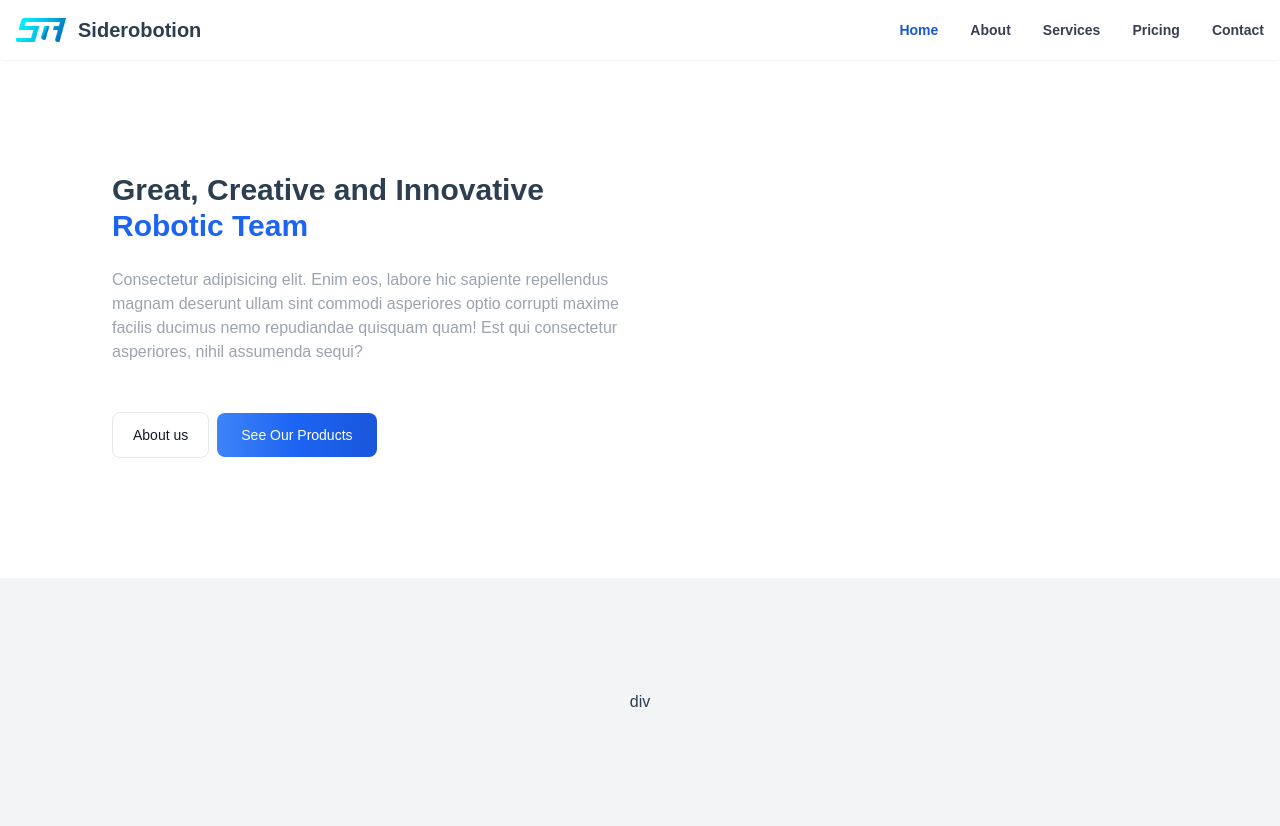
Repository: khulqu15/siderobotion
Page: /
These files come from the project's save history. The page is drawn as it stood at one moment and after the next save; the edit follows.
The browser window is 1280 px wide. The pictures show the whole page.
The project was rebuilt for these pictures with package versions that can differ from the ones it lists, and the page was loaded fresh each time. Also part of the build but not shown: vue.config.js.

Above is the page before, as saved 2022-06-12 02:19:59.

After the next save:
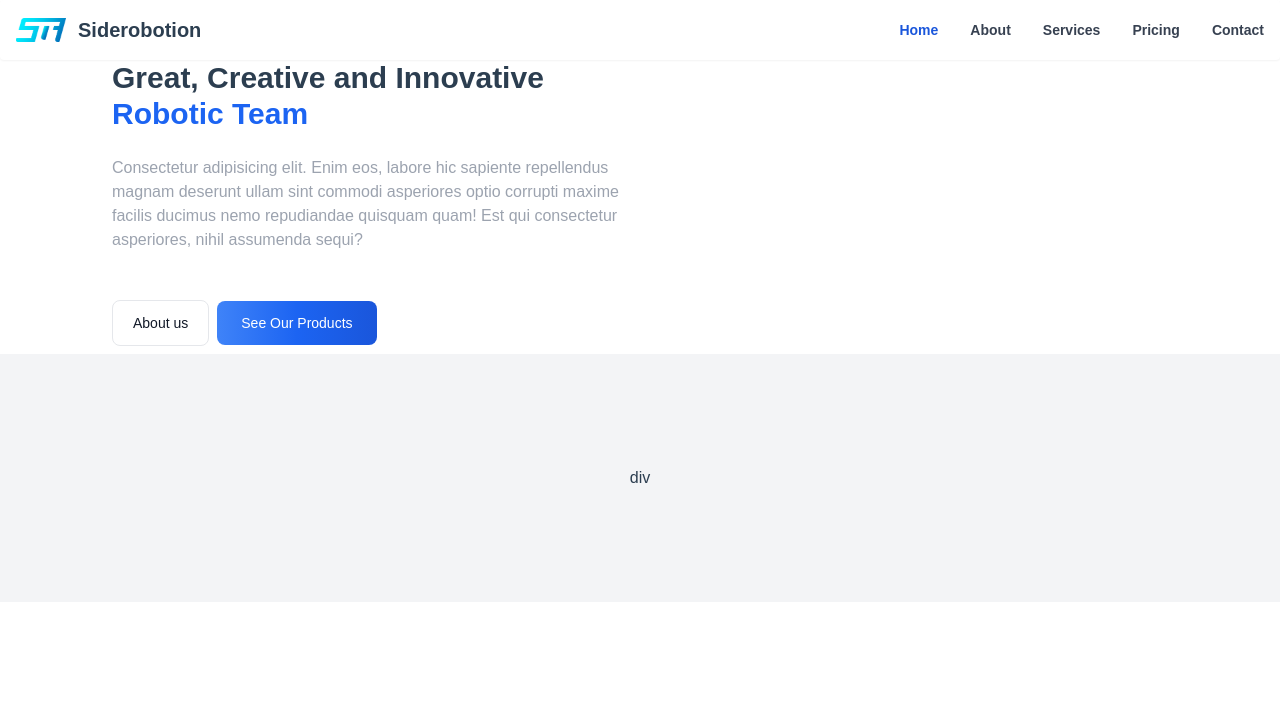
Saved 4 s later.
--- a/src/views/HomeView.vue
+++ b/src/views/HomeView.vue
@@ -2,7 +2,7 @@
 
   <web-layout>
     <div class="px-28 grid grid-cols-2 gap-4">
-      <div class="py-28 text-start">
+      <div class="text-start">
         <h1 class="text-3xl font-semibold">Great, Creative and Innovative <span class="text-blue-600">Robotic Team</span> </h1>
         <p class="text-gray-400 mt-6 mb-12">Consectetur adipisicing elit. Enim eos, labore hic sapiente repellendus magnam deserunt ullam sint commodi asperiores optio corrupti maxime facilis ducimus nemo repudiandae quisquam quam! Est qui consectetur asperiores, nihil assumenda sequi?</p>
         <button type="button" class="py-3 px-5 mr-2 mb-2 text-sm font-medium text-gray-900 focus:outline-none bg-white rounded-lg border border-gray-200 hover:bg-gray-100 hover:text-blue-700 focus:z-10 focus:ring-4 focus:ring-gray-200">About us</button>

After the save that followed:
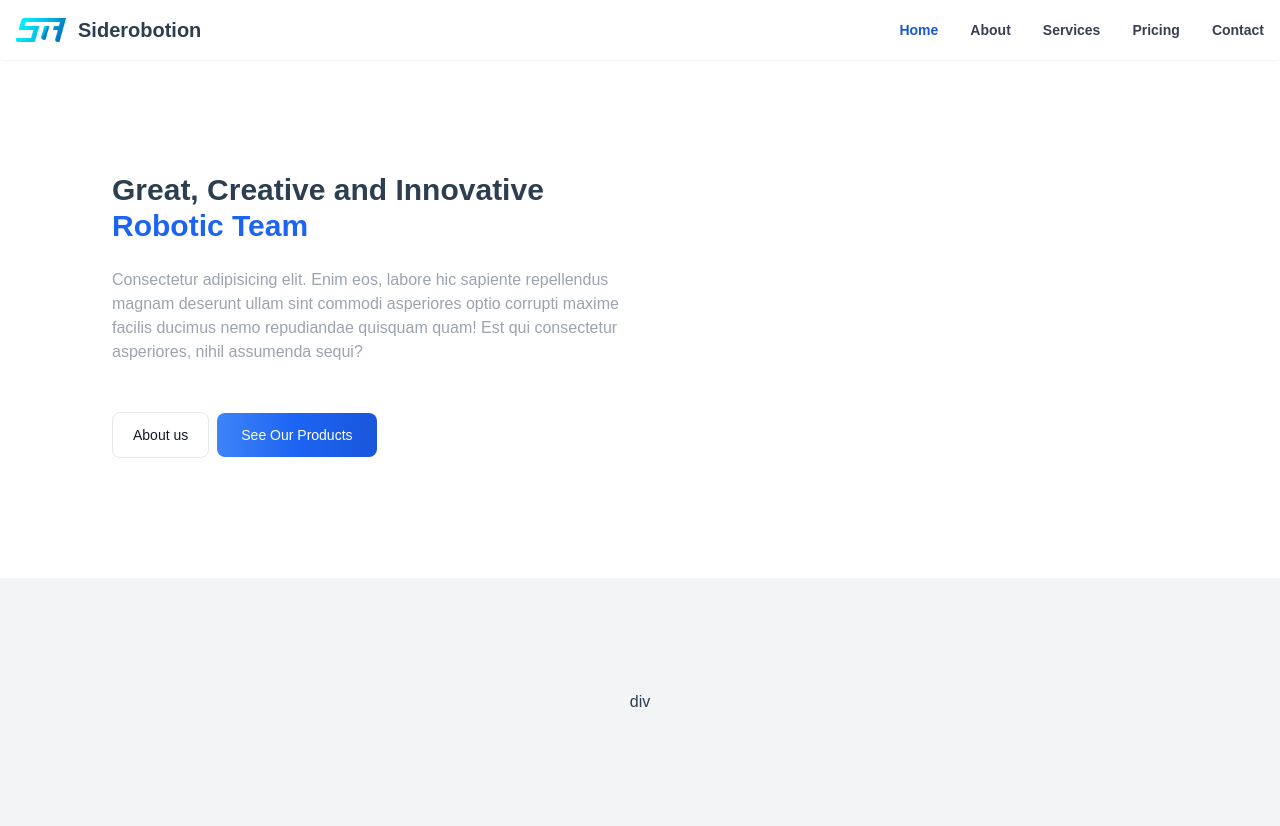
Saved 21 s later.
--- a/src/views/HomeView.vue
+++ b/src/views/HomeView.vue
@@ -1,7 +1,7 @@
 <template>
 
   <web-layout>
-    <div class="px-28 grid grid-cols-2 gap-4">
+    <div class="p-28 grid grid-cols-2 gap-4">
       <div class="text-start">
         <h1 class="text-3xl font-semibold">Great, Creative and Innovative <span class="text-blue-600">Robotic Team</span> </h1>
         <p class="text-gray-400 mt-6 mb-12">Consectetur adipisicing elit. Enim eos, labore hic sapiente repellendus magnam deserunt ullam sint commodi asperiores optio corrupti maxime facilis ducimus nemo repudiandae quisquam quam! Est qui consectetur asperiores, nihil assumenda sequi?</p>
